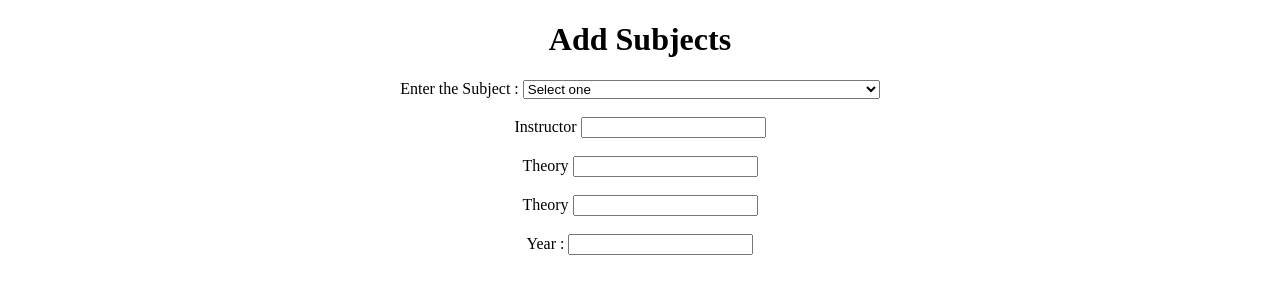
Repository: Gauravsh20/CollegeProject
Page: http://localhost/Clg_project/Add_Subjects.jsp
These files come from the project's save history. The page is drawn as it stood at one moment and after the next save; the edit follows.
The browser window is 1280 px wide. The pictures show the whole page.
The page is served by Tomcat 9. Other server files are loaded and not shown.

Above is the page before, as saved 2022-10-25 07:18:28.

### Clg_project/src/main/webapp/Add_Subjects.jsp
<%@ taglib uri="http://java.sun.com/jsp/jstl/core" prefix="c" %>
<%@ page language="java" contentType="text/html; charset=ISO-8859-1"
    pageEncoding="ISO-8859-1"%>
<!DOCTYPE html>
<html>
<head>
<meta charset="ISO-8859-1">
<title>Insert title here</title>
<script src="https://code.jquery.com/jquery-3.5.1.min.js"></script>
</head>
<body>
<script>
    $(document) .ready(function() {
    	$("#subject").change(function(){
    	var values=$("#subject option:selected");
    	if(values.text()=="C#"){
    		$("#instructor").val("NIIT Instr");
    		$("#theory").val(84);
    		$("#practical").val(56);
        	}
    	if(values.text()=="PC Architecture"){
    		$("#instructor").val("Lt Col Pankaj Verma");
    		$("#theory").val(42);
    		$("#practical").val(14);
        	}
    	if(values.text()=="PC Hardware 1"){
    		$("#instructor").val("Lt Col Pankaj Verma");
    		$("#theory").val(90);
    		$("#practical").val(50);
        	}
    	if(values.text()=="PC Hardware 2"){
    		$("#instructor").val("Maj Abhishek Rai");
    		$("#theory").val(69);
    		$("#practical").val(41);
        	}
    	if(values.text()=="Microprocessor Interfacing devices & Embedded System"){
    		$("#instructor").val("Maj Dinesh Dahiya");
    		$("#theory").val(107);
    		$("#practical").val(93);
        	}
    	if(values.text()=="Operating System"){
    		$("#instructor").val("Lt Col KP Krishna Kumar");
    		$("#theory").val(80);
    		$("#practical").val(70);
        	}
    	if(values.text()=="Data Structures"){
    		$("#instructor").val("Lt Col Ajay Kacker");
    		$("#theory").val(60);
    		$("#practical").val(0);
        	}
    	if(values.text()=="SQL Server"){
    		$("#instructor").val("NIIT Instr");
    		$("#theory").val(60);
    		$("#practical").val(156);
        	}
    	});
    	});
</script>
<center>
<h1>Add Subjects</h1>

<form action="">
Enter the Subject :
<select id="subject" rname="subject" required="required">
<option value="" selected="selected">Select one</option>
<option  value = "PC Architecture">PC Architecture</option>
<option value = "PC Hardware 1">PC Hardware 1</option>
<option value = "PC Hardware 2">PC Hardware 2</option>
<option value = "Microprocessor Interfacing devices & Embedded System">Microprocessor Interfacing devices & Embedded System</option>
<option value = "C#">C#</option>
<option value = "Data Structures">Data Structures</option>
<option value = "Operating System">Operating System</option>
<option value = "SQL Server">SQL Server</option>
</select> <br/><br/>
Instructor
<input type="txt" id="instructor" name="instructor"><br/><br/>
Theory
<input type="number" id="theory" name="theory"><br/><br/>
Theory
<input type="number" id="practical" name="practical"><br/><br/>
Year :
<input type="number" name="year"><br/><br/>
</form>
</center>
</body>
</html>

After the next save:
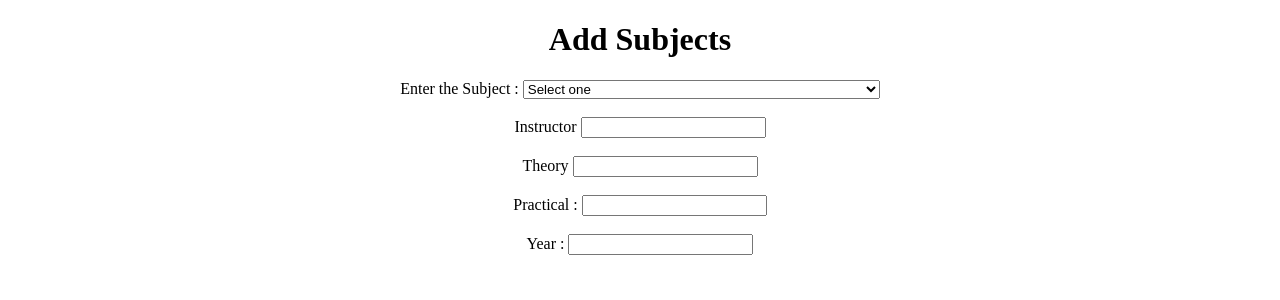
Saved 27 s later.
--- a/Clg_project/src/main/webapp/Add_Subjects.jsp
+++ b/Clg_project/src/main/webapp/Add_Subjects.jsp
@@ -76,7 +76,7 @@ Instructor
 <input type="txt" id="instructor" name="instructor"><br/><br/>
 Theory
 <input type="number" id="theory" name="theory"><br/><br/>
-Theory
+Practical :
 <input type="number" id="practical" name="practical"><br/><br/>
 Year :
 <input type="number" name="year"><br/><br/>
